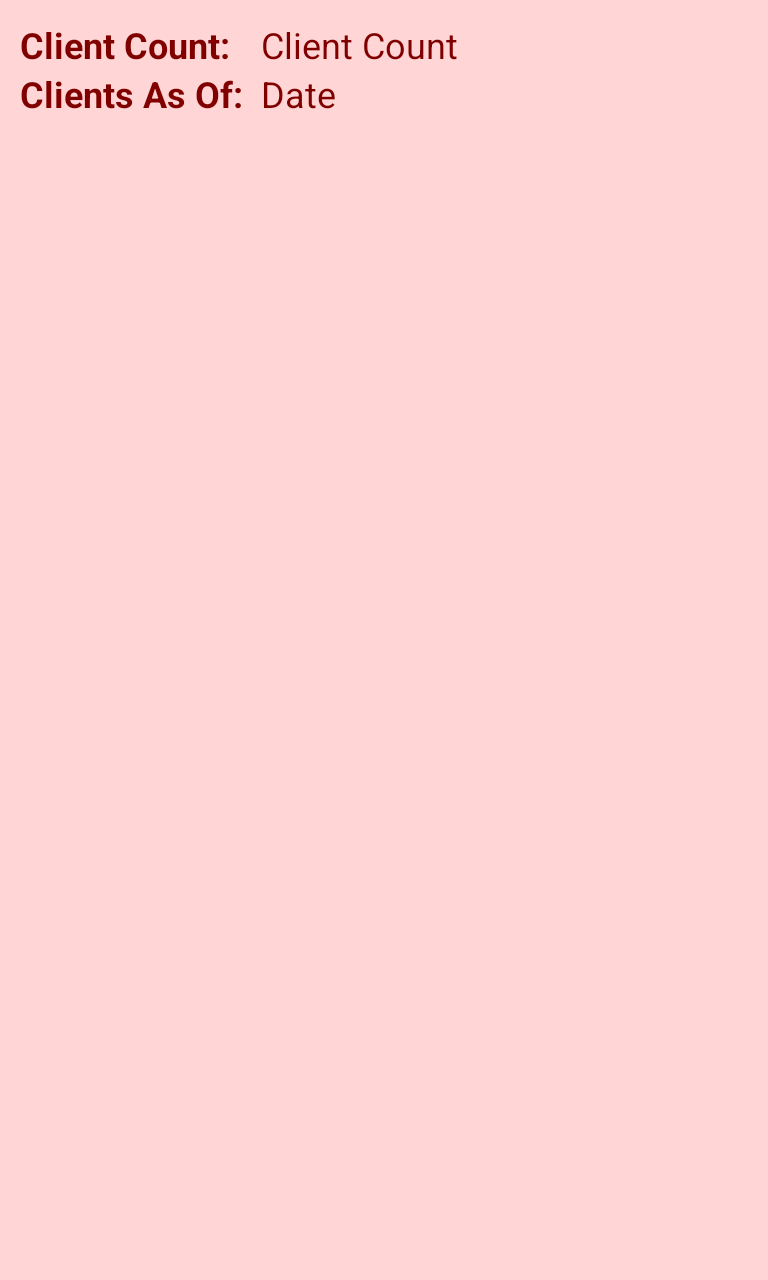
Repository: MQ9Realper/fashion
Layout: Zillah/res/layout/activity_client_count.xml
An editor plug-in stored every save of this project. The layout is shown before and after the next save, followed by the edit.
It is drawn on a 768 x 1280 px phone screen (xhdpi) without system bars, with theme AppTheme; the app's code is not run.

Above is the layout before, as saved 2015-04-21 18:58:29.

### Zillah/res/layout/activity_client_count.xml
<TableLayout xmlns:android="http://schemas.android.com/apk/res/android"
    xmlns:tools="http://schemas.android.com/tools"
    android:layout_width="fill_parent"
    android:layout_height="fill_parent"
    android:background="#ffd5d5"
    android:padding="10dp" >

    <TableRow
        android:id="@+id/tableRow1"
        android:layout_width="wrap_content"
        android:layout_height="wrap_content" >

        <TextView
            android:id="@+id/textView1"
            android:layout_width="wrap_content"
            android:layout_height="wrap_content"
            android:text="Client Count:  "
            android:textAppearance="?android:attr/textAppearanceMedium"
            android:textColor="#800000"
            android:textStyle="bold" />

        <TextView
            android:id="@+id/txt_client_count"
            android:layout_width="wrap_content"
            android:layout_height="wrap_content"
            android:text="Client Count"
            android:textAppearance="?android:attr/textAppearanceMedium"
            android:textColor="#800000" />
    </TableRow>

    <TableRow
        android:id="@+id/tableRow2"
        android:layout_width="wrap_content"
        android:layout_height="wrap_content" >

        <TextView
            android:id="@+id/textView3"
            android:layout_width="wrap_content"
            android:layout_height="wrap_content"
            android:text="Clients As Of:  "
            android:textAppearance="?android:attr/textAppearanceMedium"
            android:textColor="#800000"
            android:textStyle="bold" />

        <TextView
            android:id="@+id/txt_client_count_date"
            android:layout_width="wrap_content"
            android:layout_height="wrap_content"
            android:text="Date"
            android:textAppearance="?android:attr/textAppearanceMedium"
            android:textColor="#800000" />
    </TableRow>

</TableLayout>

Loaded but not shown: Zillah/res/values/styles.xml (common file); Zillah/res/values-v11/styles.xml (common file); Zillah/res/values-v14/styles.xml (common file)

After the next save:
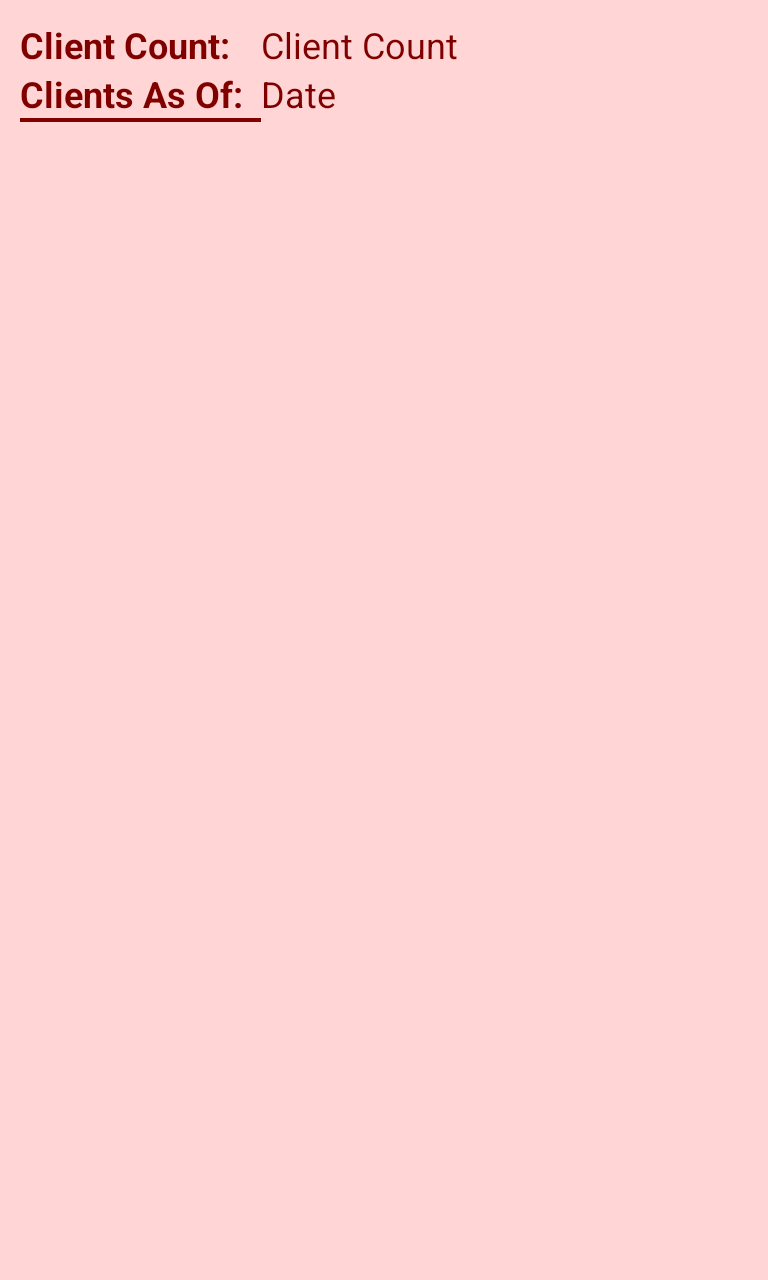
Saved 4 min 1 s later.
--- a/Zillah/res/layout/activity_client_count.xml
+++ b/Zillah/res/layout/activity_client_count.xml
@@ -50,5 +50,15 @@
             android:textAppearance="?android:attr/textAppearanceMedium"
             android:textColor="#800000" />
     </TableRow>
+    <TableRow
+        android:id="@+id/tableRow3"
+        android:layout_width="fill_parent"
+        android:layout_height="wrap_content">
+
+        <LinearLayout
+            android:layout_width="fill"
+            android:layout_height="2dp"
+            android:background="#800000"></LinearLayout>
+    </TableRow>
 
 </TableLayout>
